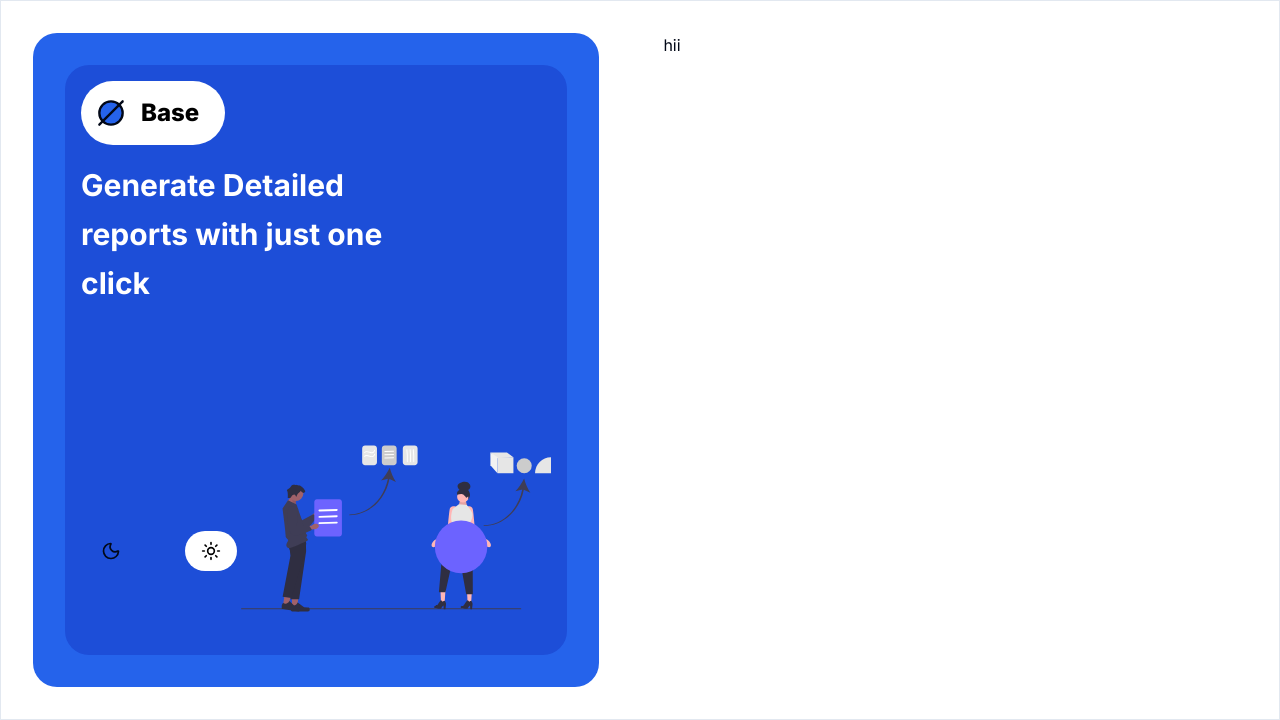
Repository: Hardyy00/openinapp_assignment
Page: /
The author's editor kept a copy of each file at every save. The page is drawn from the files as they stood at one save, then again after the next save.
The browser window is 1280 px wide. The pictures show the whole page.
The project was rebuilt for these pictures with package versions that can differ from the ones it lists, and the page was loaded fresh each time. The framework's server and built-in components were replaced by stand-ins that run in the browser. Also part of the build but not shown: next.config.mjs.

Above is the page before, as saved 2024-08-23 15:37:51.

After the next save:
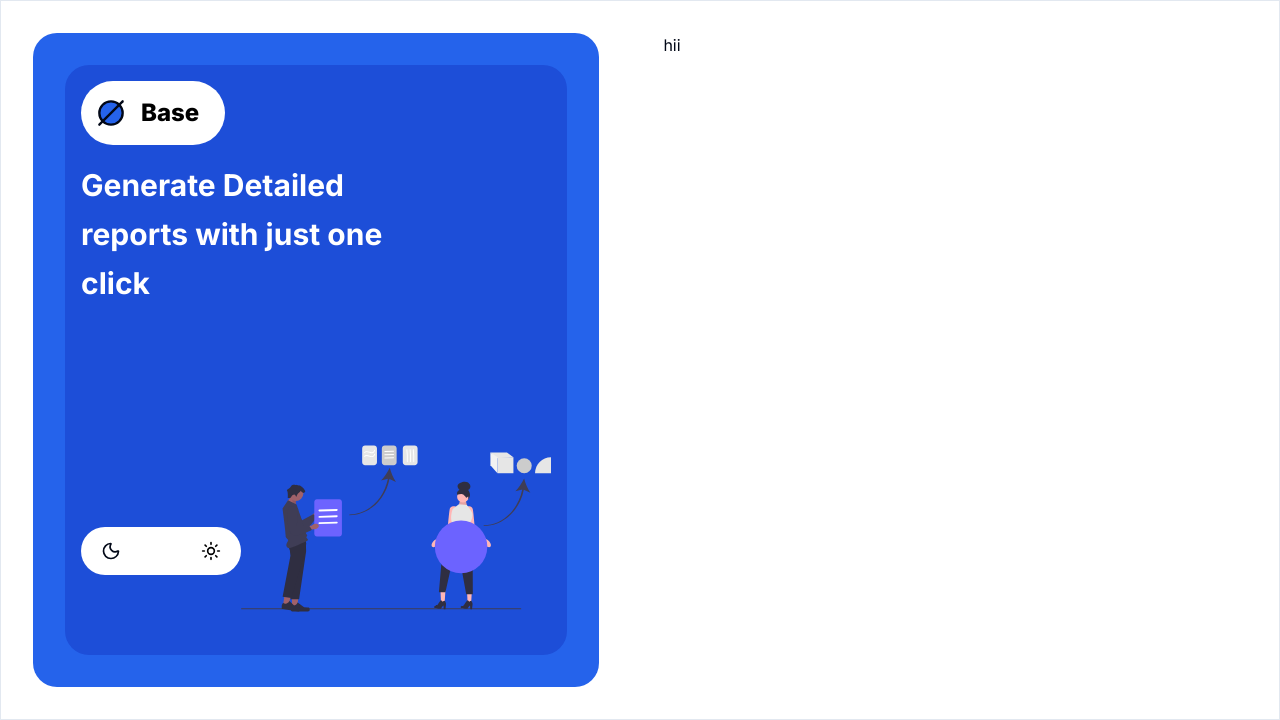
Saved 7 s later.
--- a/components/theme-toggle.tsx
+++ b/components/theme-toggle.tsx
@@ -21,7 +21,7 @@ export const ThemeToggle = () => {
   };
 
   return (
-    <div className="w-[10rem]  p-1 rounded-full">
+    <div className="w-[10rem] p-1 rounded-full bg-background">
       <div className="flex w-full items-center justify-between">
         <Button
           variant={"ghost"}
